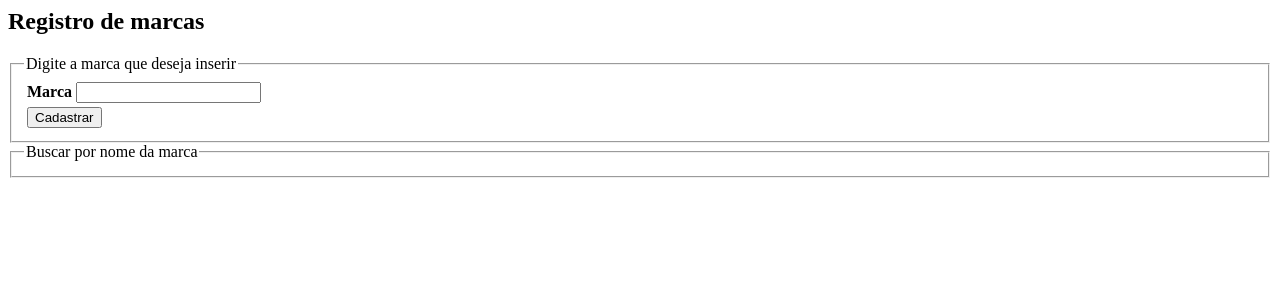
Repository: alysonrode/ProjetoTrilhaWeb
Page: ProjetoTrilhaWeb/WebContent/pages/admin/brands/index.html
The author's editor kept a copy of each file at every save. The page is drawn from the files as they stood at one save, then again after the next save.
The browser window is 1280 px wide. The pictures show the whole page.

Above is the page before, as saved 2019-11-04 23:33:34.
Console error: ReferenceError: COLDIGO is not defined

After the next save:
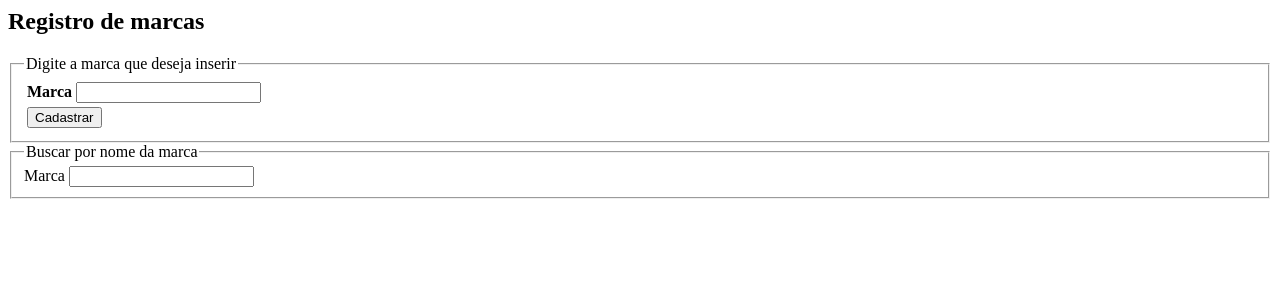
Saved 9 s later.
--- a/ProjetoTrilhaWeb/WebContent/pages/admin/brands/index.html
+++ b/ProjetoTrilhaWeb/WebContent/pages/admin/brands/index.html
@@ -25,7 +25,8 @@
 	<fieldset>
 		<legend> Buscar por nome da marca </legend>
 		<form>
-			<label for="nome"></label>
+			<label for="nome">Marca</label>
+			<input type="text" id="campoBuscaMarca">
 		</form>
 	</fieldset>
 </div>
